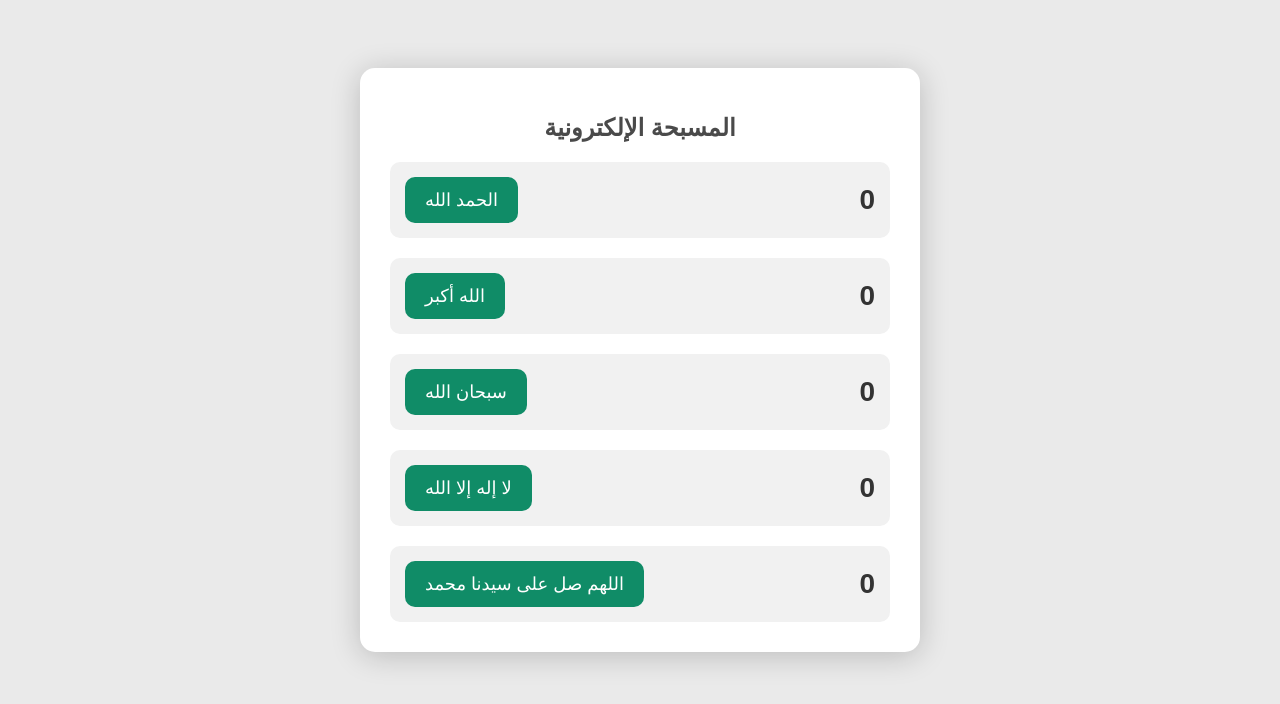
Repository: ShahdKItany/Electronic-Rosary
Page: index.html
The author's editor kept a copy of each file at every save. The page is drawn from the files as they stood at one save, then again after a run of saves.
The browser window is 1280 px wide. The pictures show the whole page.

Above is the page before, as saved 2024-10-23 00:54:01.

### index.html
<!DOCTYPE html>
<html lang="ar">
<head>
  <meta charset="UTF-8">
  <meta name="viewport" content="width=device-width, initial-scale=1.0">
  <link rel="stylesheet" href="styles.css">
  <title>المسبحة الإلكترونية</title>
</head>
<body>
  <div class="container">
    <h1 class="title">المسبحة الإلكترونية</h1>
    <div class="button-container">
      <div class="button-group">
        <button id="incrementButton1">الحمد الله</button>
        <span id="counter1" class="counter">0</span>
      </div>
      <div class="button-group">
        <button id="incrementButton2">الله أكبر</button>
        <span id="counter2" class="counter">0</span>
      </div>
      <div class="button-group">
        <button id="incrementButton3">سبحان الله</button>
        <span id="counter3" class="counter">0</span>
      </div>
      <div class="button-group">
        <button id="incrementButton4">لا إله إلا الله</button>
        <span id="counter4" class="counter">0</span>
      </div>
      <div class="button-group">
        <button id="incrementButton5">اللهم صل على سيدنا محمد</button>
        <span id="counter5" class="counter">0</span>
      </div>
    </div>
  </div>

  <script src="main.js"></script>
</body>
</html>

### styles.css
body {
    font-family: 'Arial', sans-serif;
    background-color: #eaeaea;
    display: flex;
    justify-content: center;
    align-items: center;
    height: 100vh;
    margin: 0;
  }

  .container {
    text-align: center;
    background-color: #ffffff;
    border-radius: 15px;
    box-shadow: 0 4px 30px rgba(0, 0, 0, 0.2);
    padding: 30px;
    max-width: 500px;
    width: 90%;
  }

  .title {
    color: #4a4a4a;
    margin-bottom: 20px;
    font-size: 24px;
    font-weight: bold;
  }

  .button-container {
    display: flex;
    flex-direction: column;
    gap: 20px;
  }

  .button-group {
    display: flex;
    justify-content: space-between;
    align-items: center;
    background-color: #f1f1f1;
    border-radius: 10px;
    padding: 15px;
    transition: background-color 0.3s;
  }

  .button-group:hover {
    background-color: #e0e0e0;
  }

  button {
    background-color: #108c67;
    color: white;
    border: none;
    border-radius: 10px;
    padding: 12px 20px;
    cursor: pointer;
    font-size: 18px;
    transition: background-color 0.3s, transform 0.1s;
  }

  button:hover {
    background-color: #79e67d;
    transform: translateY(-2px);
  }

  .counter {
    font-size: 28px;
    color: #333;
    font-weight: bold;
  }

### main.js
const incrementButton1 = document.getElementById('incrementButton1');
const incrementButton2 = document.getElementById('incrementButton2');
const incrementButton3 = document.getElementById('incrementButton3');
const incrementButton4 = document.getElementById('incrementButton4');
const incrementButton5 = document.getElementById('incrementButton5');

const counterElement1 = document.getElementById('counter1');
const counterElement2 = document.getElementById('counter2');
const counterElement3 = document.getElementById('counter3');
const counterElement4 = document.getElementById('counter4');
const counterElement5 = document.getElementById('counter5');

let counterValue1 = 0;
let counterValue2 = 0;
let counterValue3 = 0;
let counterValue4 = 0;
let counterValue5 = 0;

incrementButton1.addEventListener('click', function() {
  counterElement1.textContent = ++counterValue1;
});

incrementButton2.addEventListener('click', function() {
  counterElement2.textContent = ++counterValue2;
});

incrementButton3.addEventListener('click', function() {
  counterElement3.textContent = ++counterValue3;
});

incrementButton4.addEventListener('click', function() {
  counterElement4.textContent = ++counterValue4;
});

incrementButton5.addEventListener('click', function() {
  counterElement5.textContent = ++counterValue5;
});

After the next 3 saves:
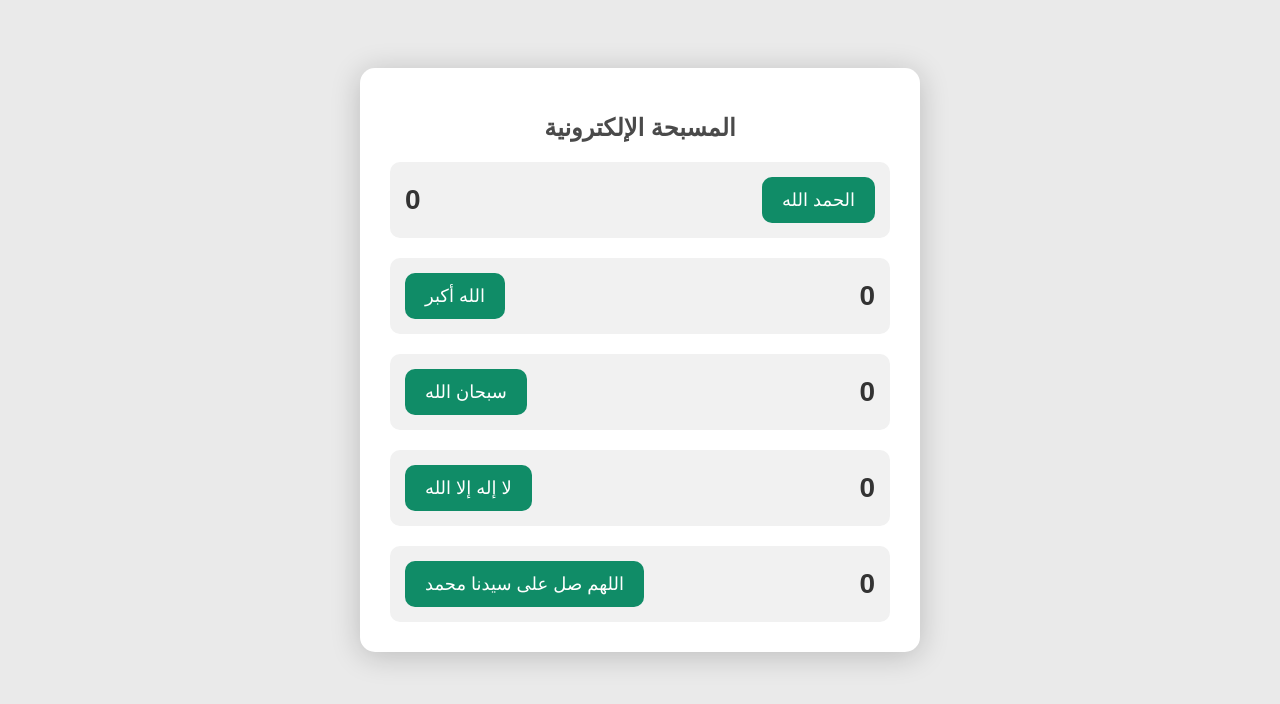
The 3 saves are shown as one change because they came seconds apart.
The last was saved 27 s later.
--- a/index.html
+++ b/index.html
@@ -11,8 +11,8 @@
     <h1 class="title">المسبحة الإلكترونية</h1>
     <div class="button-container">
       <div class="button-group">
+        <span id="counter1" class="counter">0</span>
         <button id="incrementButton1">الحمد الله</button>
-        <span id="counter1" class="counter">0</span>
       </div>
       <div class="button-group">
         <button id="incrementButton2">الله أكبر</button>
